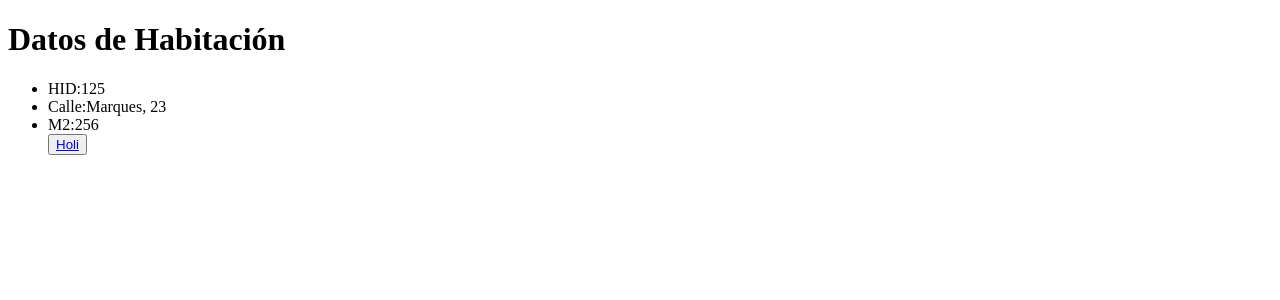
Repository: LazaroRicardo/WORKSPACE
Page: http://localhost/ProyectoMVC2/habitacion
An editor plug-in stored every save of this project. The page is shown before and after the next save, followed by the edit.
The browser window is 1280 px wide. The pictures show the whole page.
The page is served by Tomcat 9.

Above is the page before, as saved 2018-11-13 10:21:37.

After the next save:
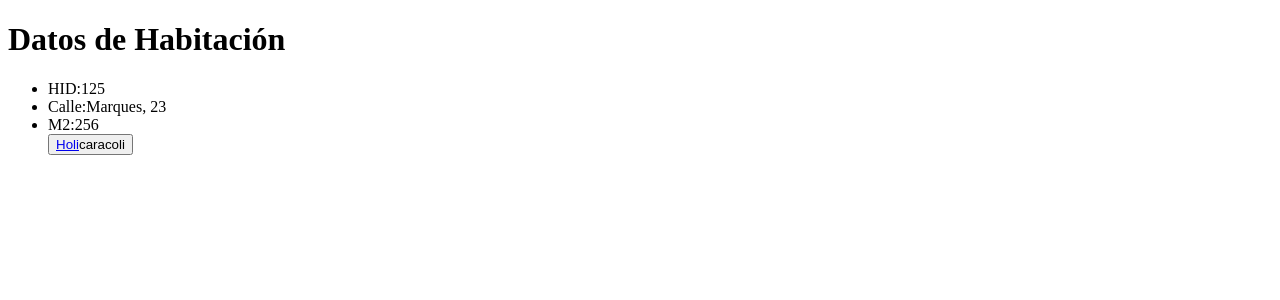
Saved 18 s later.
--- a/javaweb/ProyectoMVC2/WebContent/habitacion.jsp
+++ b/javaweb/ProyectoMVC2/WebContent/habitacion.jsp
@@ -16,7 +16,7 @@
 		<li>HID:${laHabitacion.hid}</li>
 		<li>Calle:${laHabitacion.calle}</li>
 		<li>M2:${laHabitacion.m2}</li>
-		<button><a href="./usuario">Holi</a></button>
+		<button><a href="./usuario">Holi</a>caracoli</button>
 	</ul>
 </body>
 </html>

After the save that followed:
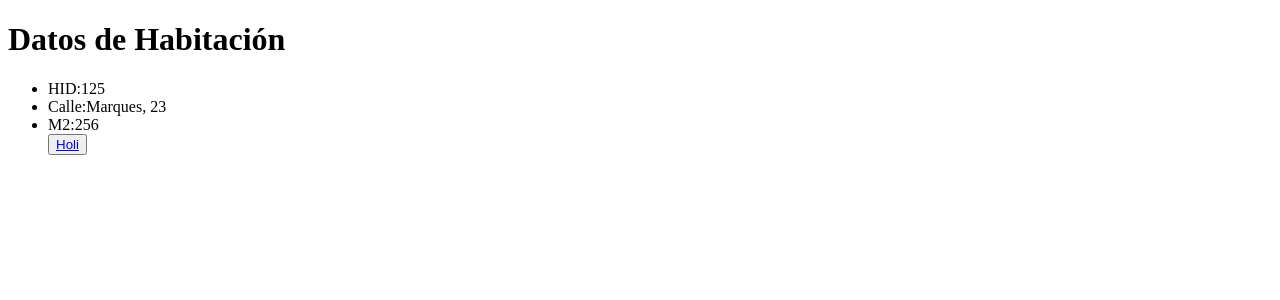
Saved 10 s later.
--- a/javaweb/ProyectoMVC2/WebContent/habitacion.jsp
+++ b/javaweb/ProyectoMVC2/WebContent/habitacion.jsp
@@ -16,7 +16,7 @@
 		<li>HID:${laHabitacion.hid}</li>
 		<li>Calle:${laHabitacion.calle}</li>
 		<li>M2:${laHabitacion.m2}</li>
-		<button><a href="./usuario">Holi</a>caracoli</button>
+		<button><a href="./usuario">Holi</a></button>
 	</ul>
 </body>
 </html>
